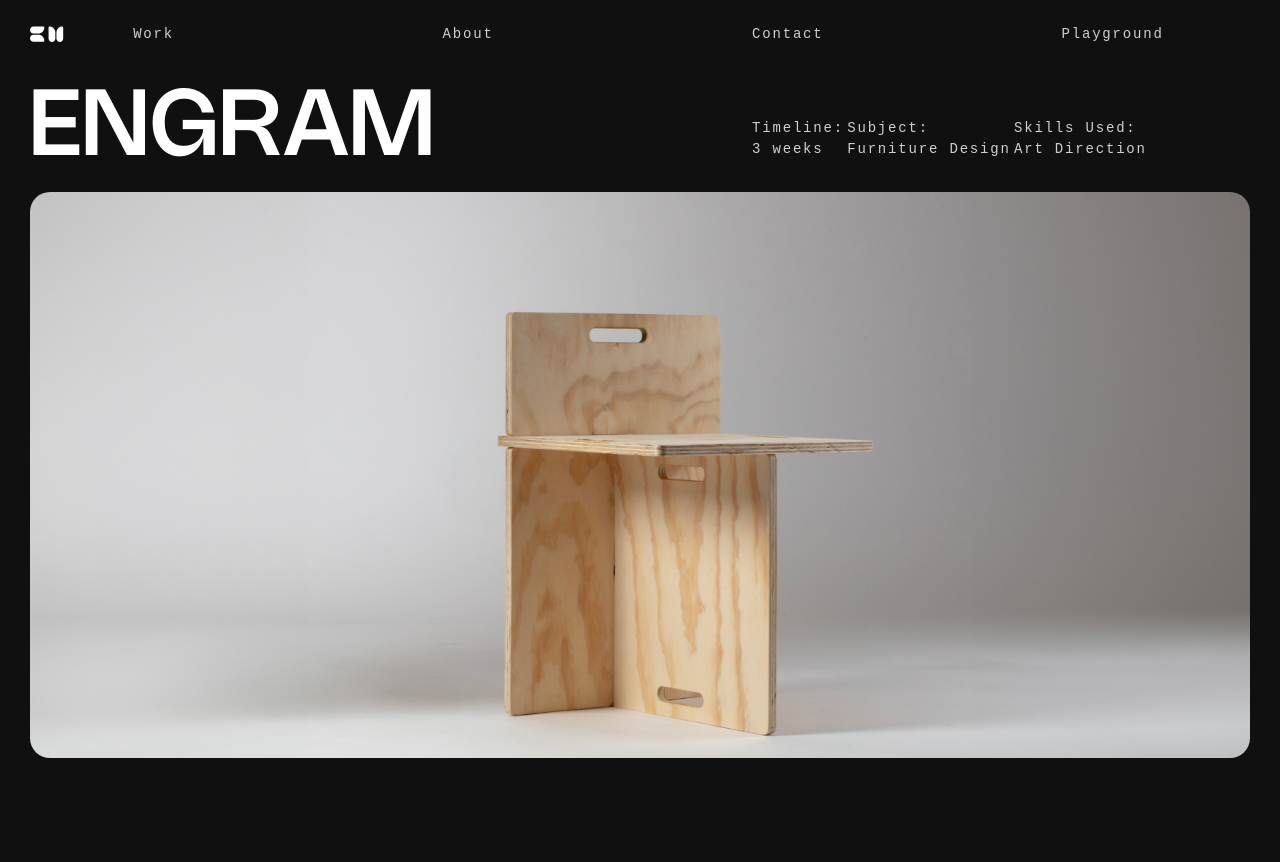
Repository: theethanwright/ethan_wright_portfolio
Page: work/work.html
These files come from the project's save history. The page is drawn as it stood at one moment and after the next save; the edit follows.
The browser window is 1280 px wide. The pictures show the whole page.

Above is the page before, as saved 2023-12-25 23:10:37.

### work/work.html
<!DOCTYPE html>
<html lang="en">
<head>
    <meta charset="UTF-8">
    <meta name="viewport" content="width=device-width, initial-scale=1.0">
    <script defer src="https://cdnjs.cloudflare.com/ajax/libs/matter-js/0.19.0/matter.min.js"></script>
    <script defer src="app.js"></script>
    <link rel="stylesheet" href="main.css">
    <link rel="stylesheet" href="layouts.css">
    <title>Work</title>
</head>
<body>
    <div class="navbar">
        <div class="logo">
            <svg xmlns="http://www.w3.org/2000/svg" width="16" height="17" viewBox="0 0 16 17" fill="none">
                <path d="M14.3673 0H3.61693C1.61938 0 0 1.6756 0 3.74249C0 5.80938 1.61938 7.48498 3.61693 7.48498H9.1428C12.5831 7.48498 15.372 4.59931 15.372 1.03958C15.372 0.46542 14.9221 0 14.3673 0Z" fill="white"/>
                <path d="M9.1428 8.72827H3.61693C1.61938 8.72827 0 10.4039 0 12.4708C0 14.5377 1.61938 16.2133 3.61693 16.2133H14.3673C14.9221 16.2133 15.372 15.7478 15.372 15.1737C15.372 11.6139 12.5831 8.72827 9.1428 8.72827Z" fill="white"/>
            </svg>
            <svg xmlns="http://www.w3.org/2000/svg" width="17" height="17" viewBox="0 0 17 17" fill="none">
                <path d="M1.63275 0C1.07786 0 0.628052 0.46542 0.628052 1.03958V12.8729C0.628052 14.9398 2.24743 16.6154 4.24498 16.6154C6.24253 16.6154 7.86191 14.9398 7.86191 12.8729V6.4454C7.86191 2.88567 5.07306 0 1.63275 0Z" fill="white"/>
                <path d="M15.2936 0C11.8532 0 9.06439 2.88567 9.06439 6.4454V12.8729C9.06439 14.9398 10.6838 16.6154 12.6813 16.6154C14.6789 16.6154 16.2983 14.9398 16.2983 12.8729V1.03958C16.2983 0.46542 15.8484 0 15.2936 0Z" fill="white"/>
            </svg>
        </div>
        <p>Work</p>
        <p>About</p>
        <p>Contact</p>
        <p>Playground</p>
        <a href="javascript:void(0);" class="icon" onclick="myFunction()">
            <i class="hamburger"><svg xmlns="http://www.w3.org/2000/svg" width="24" height="24" viewBox="0 0 24 24" fill="none">
                <rect y="2.26416" width="24" height="3.16981" fill="white"/>
                <rect y="17.6604" width="24" height="3.16981" fill="white"/>
                <rect x="1.81133" y="9.96225" width="22.1887" height="3.16981" fill="white"/>
              </svg></i>
        </a>
    </div>
    <div class="wrapper-project">
        <h1>Engram</h1>
        <div class="project-info">
        <p>Timeline:<br>3 weeks</p>
        <p>Subject:<br>Furniture Design</p>
        <p>Skills Used:<br>Art Direction</p>
        </div>
        <a href="">
            <img src="public/images/1.jpg" alt="">
        </a>
    </div>
</body>
</html>

### work/main.css


@font-face {
    font-family: "Nohemi";
    src: url(public/fonts/Nohemi-Medium.woff2);
  }

@import url('https://fonts.googleapis.com/css2?family=IBM+Plex+Mono&display=swap');

h1 {
  box-sizing: border-box;
  color: #FFF;
  font-family: "Nohemi";
  font-size: 7.176vw;
  font-style: normal;
  font-weight: 500;
  line-height: 65%; /* 186px */
  letter-spacing: 1.24px;
  text-transform: uppercase;
  margin: 0%;
}

p {
  box-sizing: border-box;
    color: rgba(255, 255, 255, 0.80);
    font-family: 'IBM Plex Mono', monospace;
    font-size: 14px;
    font-style: normal;
    font-weight: 400;
    line-height: 150%; /* 21px */
    letter-spacing: 1.82px;
    margin: 0%;
}

  body {
    box-sizing: border-box;
    display: block;
    overflow: scroll;
    background: #101010;
  }

  img {
    box-sizing: border-box;
    max-width: 100%;
    height: auto;

    border-radius: 20px;
  }

  a {
    box-sizing: border-box;
  }

### work/layouts.css
@media screen and (min-width: 905px) {
    body {
      margin: 0%;
      padding: 0%;
    }

    .navbar {
        box-sizing: border-box;
        position: absolute;
        padding: 24px 30px;
        display: grid;
        margin: 0;
        width: 100%;
        grid-template-columns: repeat(12, 1fr);
        gap: 1.389vw;
    }

    .logo {
        grid-column-start: 1;
        display: flex;
        width: 34px;
        height: 16px;
        justify-content: center;
        align-items: center;
        gap: 3.256px;
        justify-self: start;
        align-self: center;
      }

      p:nth-child(2) {
        grid-column: 2 / span 2;
        justify-self: start;
        align-self: center;
      }

      p:nth-child(3) {
        grid-column: 5 / span 2;
        justify-self: start;
        align-self: center;
      }

      p:nth-child(4) {
        grid-column: 8 / span 2;
        justify-self: start;
        align-self: center;
      }

      p:nth-child(5) {
        grid-column: 11 / span 2;
        justify-self: start;
        align-self: center;
      }

      .hamburger {
        display: none;
      }

      .wrapper-project {
        box-sizing: border-box;
        display: grid;
        margin: 0;
        width: 100%;
        padding: 100px 30px;
        grid-template-columns: repeat(12, 1fr);
        gap: 32px 1.389vw;
      }

      .wrapper-project h1 {
        grid-column: 1 / span 4;
        justify-self: start;
        align-self: end;
      }

      .wrapper-project .project-info {
        grid-column: 8 / span 4;
        justify-self: stretch;
        align-self: end;

        display: flex;
        justify-content: space-between;
        align-items: flex-end;
      }

      .wrapper-project a {
        grid-column: 1 / span 12;
        justify-self: start;
        align-self: center;
      }

}

@media screen and (max-width: 904px) {
    .navbar {
        position: absolute;
        padding: 16px 30px;
        display: grid;
        margin: 0;
        grid-template-columns: repeat(8, 8.833vw);
        gap: 2.667vw;
    }

    .logo {
        grid-column-start: 1;
        display: flex;
        width: 34px;
        height: 16px;
        justify-content: center;
        align-items: center;
        gap: 3.256px;
        justify-self: start;
        align-self: center;
      }

    .navbar p {
        display: none;
    }

    .icon {
        display: grid;
        grid-column-start: 8;
        justify-self: end;
        align-self: center;
    }
}

@media screen and (max-width: 600px) {
    .navbar {
        position: absolute;
        padding: 16px 16px;
        display: grid;
        margin: 0;
        grid-template-columns: repeat(4, 19.444vw);
        gap: 4.444vw;
    }

    .logo {
        grid-column-start: 1;
        display: flex;
        width: 34px;
        height: 16px;
        justify-content: center;
        align-items: center;
        gap: 3.256px;
        justify-self: start;
        align-self: center;
      }

    .navbar p {
        display: none;
    }

    .icon {
        display: grid;
        grid-column-start: 4;
        justify-self: end;
        align-self: center;
    }
}

Loaded but not shown: work/app.js (common file)

After the next save:
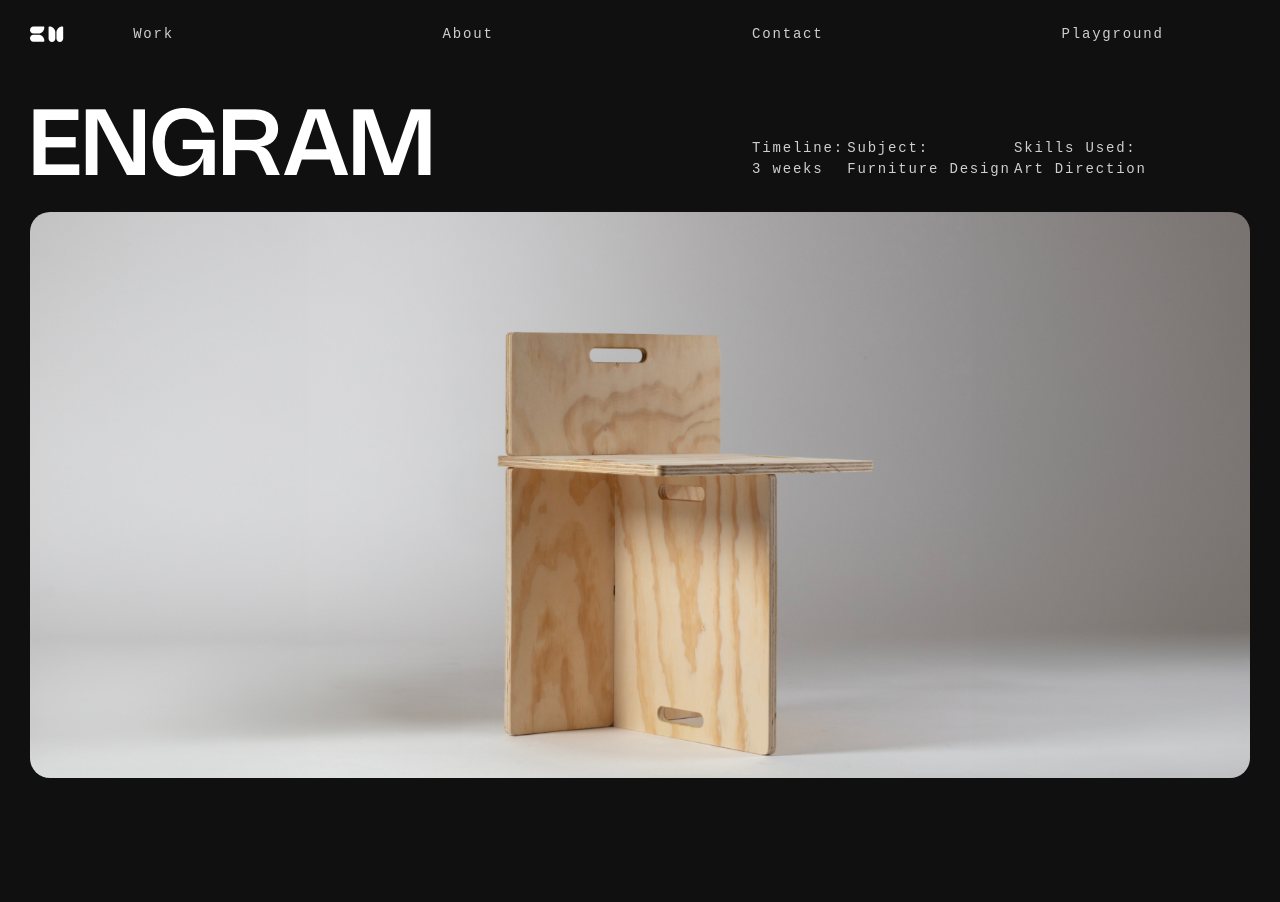
Saved 42 s later.
--- a/work/layouts.css
+++ b/work/layouts.css
@@ -60,7 +60,7 @@
         display: grid;
         margin: 0;
         width: 100%;
-        padding: 100px 30px;
+        padding: 120px 30px;
         grid-template-columns: repeat(12, 1fr);
         gap: 32px 1.389vw;
       }
